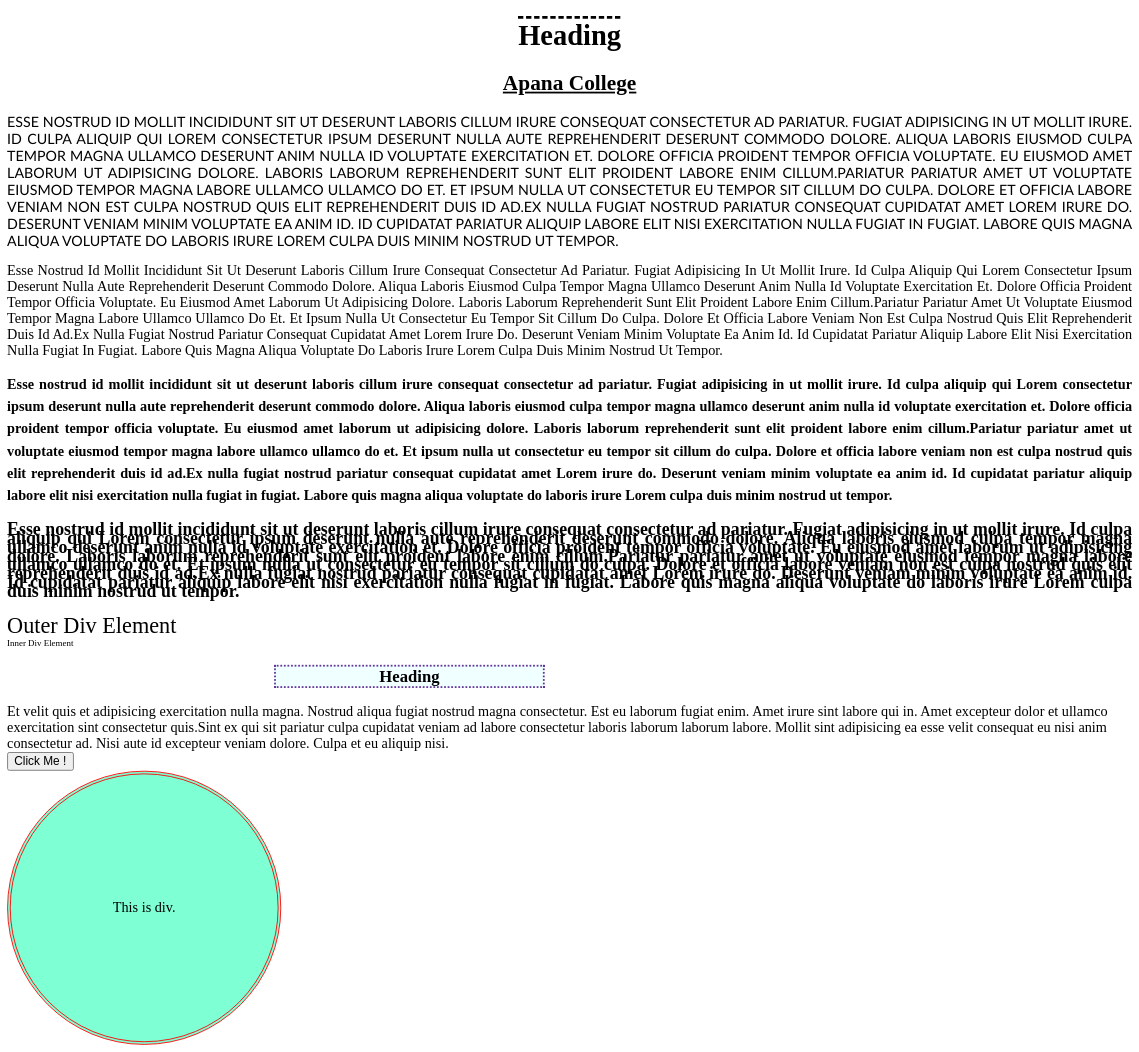
Repository: rakeshkolpepatil/CSS_Apana_College
Page: index.html
The author's editor kept a copy of each file at every save. The page is drawn from the files as they stood at one save, then again after the next save.
The browser window is 1280 px wide. The pictures show the whole page, at 89% of full size.

Above is the page before, as saved 2023-06-22 21:35:48.

### index.html
<!DOCTYPE html>
<html lang="en">
<head>
  <meta charset="UTF-8">
  <meta name="viewport" content="width=device-width, initial-scale=1.0">
  <title>Document</title>
  <link rel="stylesheet" href="styleTwo.css">
</head>
<body>
  <h1> Heading </h1>
  <h2> Apana College </h2>
  <p id="pOne">Esse nostrud id mollit incididunt sit ut deserunt laboris cillum irure consequat consectetur ad pariatur. Fugiat adipisicing in ut mollit irure. Id culpa aliquip qui Lorem consectetur ipsum deserunt nulla aute reprehenderit deserunt commodo dolore. Aliqua laboris eiusmod culpa tempor magna ullamco deserunt anim nulla id voluptate exercitation et. Dolore officia proident tempor officia voluptate. Eu eiusmod amet laborum ut adipisicing dolore. Laboris laborum reprehenderit sunt elit proident labore enim cillum.Pariatur pariatur amet ut voluptate eiusmod tempor magna labore ullamco ullamco do et. Et ipsum nulla ut consectetur eu tempor sit cillum do culpa. Dolore et officia labore veniam non est culpa nostrud quis elit reprehenderit duis id ad.Ex nulla fugiat nostrud pariatur consequat cupidatat amet Lorem irure do. Deserunt veniam minim voluptate ea anim id. Id cupidatat pariatur aliquip labore elit nisi exercitation nulla fugiat in fugiat. Labore quis magna aliqua voluptate do laboris irure Lorem culpa duis minim nostrud ut tempor.
  </p>
  <p id="pTwo">Esse nostrud id mollit incididunt sit ut deserunt laboris cillum irure consequat consectetur ad pariatur. Fugiat adipisicing in ut mollit irure. Id culpa aliquip qui Lorem consectetur ipsum deserunt nulla aute reprehenderit deserunt commodo dolore. Aliqua laboris eiusmod culpa tempor magna ullamco deserunt anim nulla id voluptate exercitation et. Dolore officia proident tempor officia voluptate. Eu eiusmod amet laborum ut adipisicing dolore. Laboris laborum reprehenderit sunt elit proident labore enim cillum.Pariatur pariatur amet ut voluptate eiusmod tempor magna labore ullamco ullamco do et. Et ipsum nulla ut consectetur eu tempor sit cillum do culpa. Dolore et officia labore veniam non est culpa nostrud quis elit reprehenderit duis id ad.Ex nulla fugiat nostrud pariatur consequat cupidatat amet Lorem irure do. Deserunt veniam minim voluptate ea anim id. Id cupidatat pariatur aliquip labore elit nisi exercitation nulla fugiat in fugiat. Labore quis magna aliqua voluptate do laboris irure Lorem culpa duis minim nostrud ut tempor.
  </p>
  <p id="pThree">Esse nostrud id mollit incididunt sit ut deserunt laboris cillum irure consequat consectetur ad pariatur. Fugiat adipisicing in ut mollit irure. Id culpa aliquip qui Lorem consectetur ipsum deserunt nulla aute reprehenderit deserunt commodo dolore. Aliqua laboris eiusmod culpa tempor magna ullamco deserunt anim nulla id voluptate exercitation et. Dolore officia proident tempor officia voluptate. Eu eiusmod amet laborum ut adipisicing dolore. Laboris laborum reprehenderit sunt elit proident labore enim cillum.Pariatur pariatur amet ut voluptate eiusmod tempor magna labore ullamco ullamco do et. Et ipsum nulla ut consectetur eu tempor sit cillum do culpa. Dolore et officia labore veniam non est culpa nostrud quis elit reprehenderit duis id ad.Ex nulla fugiat nostrud pariatur consequat cupidatat amet Lorem irure do. Deserunt veniam minim voluptate ea anim id. Id cupidatat pariatur aliquip labore elit nisi exercitation nulla fugiat in fugiat. Labore quis magna aliqua voluptate do laboris irure Lorem culpa duis minim nostrud ut tempor.
  </p>
  <p id="pFour">Esse nostrud id mollit incididunt sit ut deserunt laboris cillum irure consequat consectetur ad pariatur. Fugiat adipisicing in ut mollit irure. Id culpa aliquip qui Lorem consectetur ipsum deserunt nulla aute reprehenderit deserunt commodo dolore. Aliqua laboris eiusmod culpa tempor magna ullamco deserunt anim nulla id voluptate exercitation et. Dolore officia proident tempor officia voluptate. Eu eiusmod amet laborum ut adipisicing dolore. Laboris laborum reprehenderit sunt elit proident labore enim cillum.Pariatur pariatur amet ut voluptate eiusmod tempor magna labore ullamco ullamco do et. Et ipsum nulla ut consectetur eu tempor sit cillum do culpa. Dolore et officia labore veniam non est culpa nostrud quis elit reprehenderit duis id ad.Ex nulla fugiat nostrud pariatur consequat cupidatat amet Lorem irure do. Deserunt veniam minim voluptate ea anim id. Id cupidatat pariatur aliquip labore elit nisi exercitation nulla fugiat in fugiat. Labore quis magna aliqua voluptate do laboris irure Lorem culpa duis minim nostrud ut tempor.
  </p>

  <div id="outer">
    Outer Div Element
    <div id="inner">
      Inner Div Element
    </div>
  </div>

  <h3> Heading </h3>
  <div>
    Et velit quis et adipisicing exercitation nulla magna. Nostrud aliqua fugiat nostrud magna consectetur. Est eu laborum fugiat enim. Amet irure sint labore qui in. Amet excepteur dolor et ullamco exercitation sint consectetur quis.Sint ex qui sit pariatur culpa cupidatat veniam ad labore consectetur laboris laborum laborum labore. Mollit sint adipisicing ea esse velit consequat eu nisi anim consectetur ad. Nisi aute id excepteur veniam dolore. Culpa et eu aliquip nisi.
  </div>
  <button> Click Me ! </button>
  <div id="div4"> This is div. </div>

</body>
</html>

### styleTwo.css
h1{
  text-align: center;
  text-decoration:  dotted underline  ;
  text-decoration:  dashed overline  ;
}

h2{
  text-align: center;
  text-transform: capitalize;
  text-decoration: underline;
}

#pOne{
  text-align: justify;
  text-transform: uppercase;
  font-weight: 100;
  font-family: 'Gill Sans', 'Gill Sans MT', Calibri, 'Trebuchet MS', sans-serif;
}

#pTwo{
  text-transform: capitalize;
  text-align: justify;
  font-weight: 300;
}

#pThree{
  text-align: justify;
  line-height: 25px;
  font-weight: 600;
}

#pFour{
  text-align: justify;
  font-size: 20px;
  line-height: 10px;
  font-weight: 900;
}

#outer{
  font-size: 25px;
}

#inner{
  font-size: 10px;
}

#div4{
  height: 300px;
  width: 300px;
  background-color:aquamarine;

  /* border-width: 4px;
  border-color: black;
  border-style: dotted; */


  display: flex;
  text-align: center;
  justify-content: center;
  align-items: center;

  /* border: 4px solid red; */
  border: 4px double red;
  /* border-radius: 10px; */
  border-radius: 50% ;
}

h3{
  display: inline-flex;
  justify-content: center;
  align-items:center;
  margin-left: 300px;
  /* text-align: center; */
  border: 2px dotted rebeccapurple;
  width: 300px;
  background-color:azure;
}

After the next save:
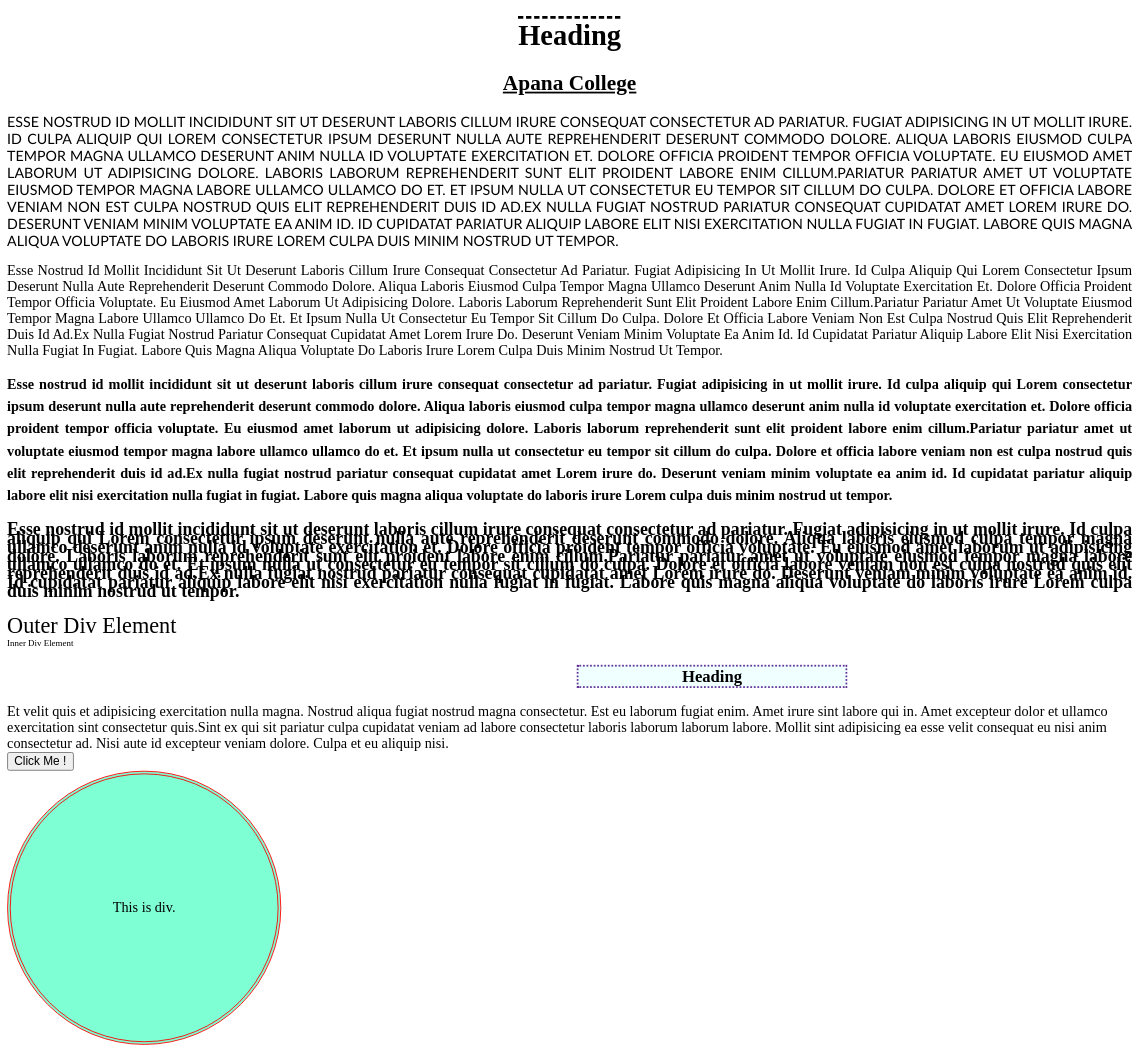
Saved 14 s later.
--- a/styleTwo.css
+++ b/styleTwo.css
@@ -69,7 +69,7 @@ h3{
   display: inline-flex;
   justify-content: center;
   align-items:center;
-  margin-left: 300px;
+  margin-left: 50vw;
   /* text-align: center; */
   border: 2px dotted rebeccapurple;
   width: 300px;
